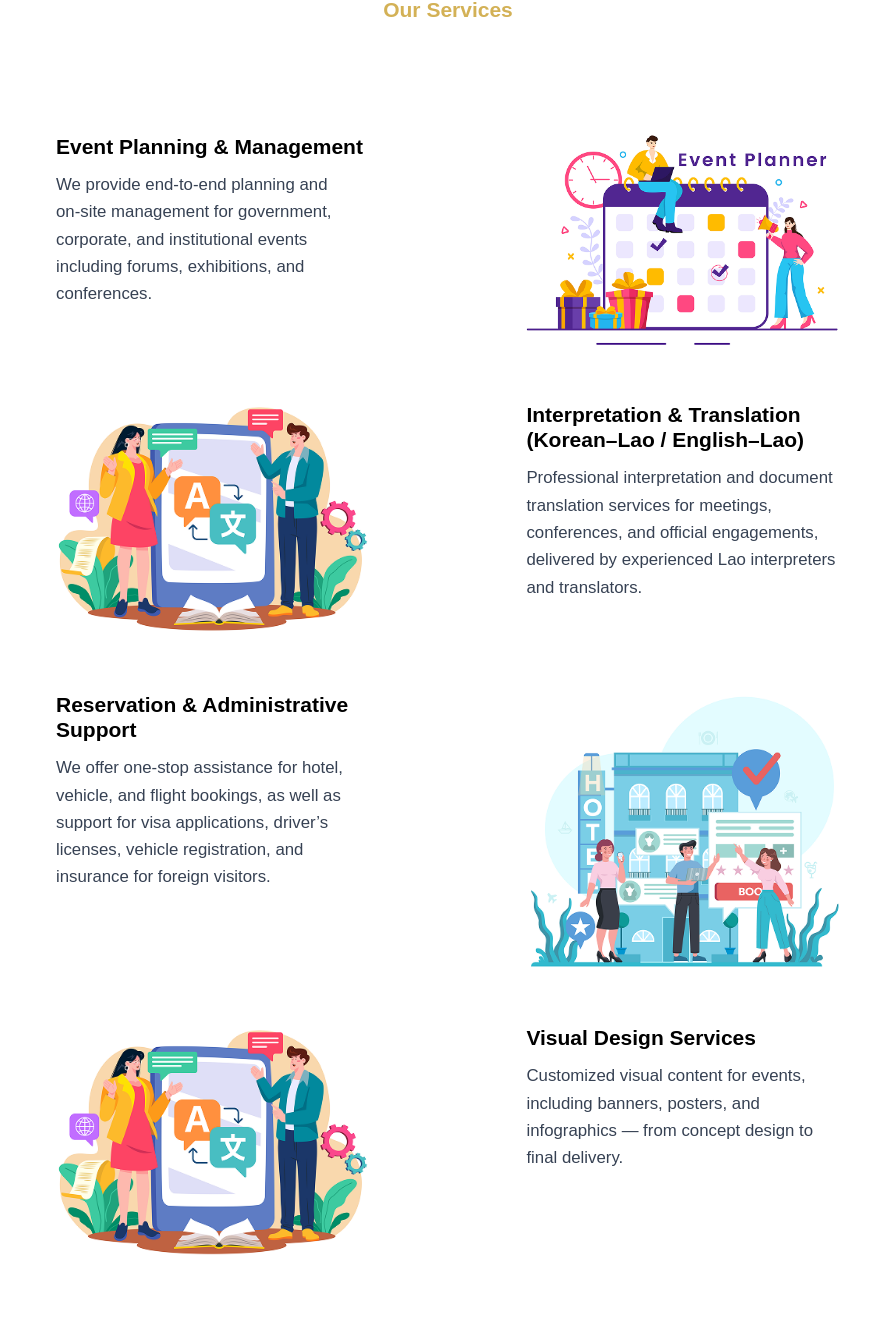
Repository: Phailin-teamplate/siri-service-web
Page: /
An editor plug-in stored every save of this project. The page is shown before and after the next save, followed by the edit.
The browser window is 1280 px wide. The pictures show the part of the page from y = 1501 to 3421 px (the page is 3421 px tall before and 3389 px after), at 70% of full size.
The project was rebuilt for these pictures with package versions that can differ from the ones it lists, and the page was loaded fresh each time. The framework's server and built-in components were replaced by stand-ins that run in the browser. Also part of the build but not shown: next.config.ts.

Above is the page before, as saved 2025-07-02 15:26:46.

After the next save:
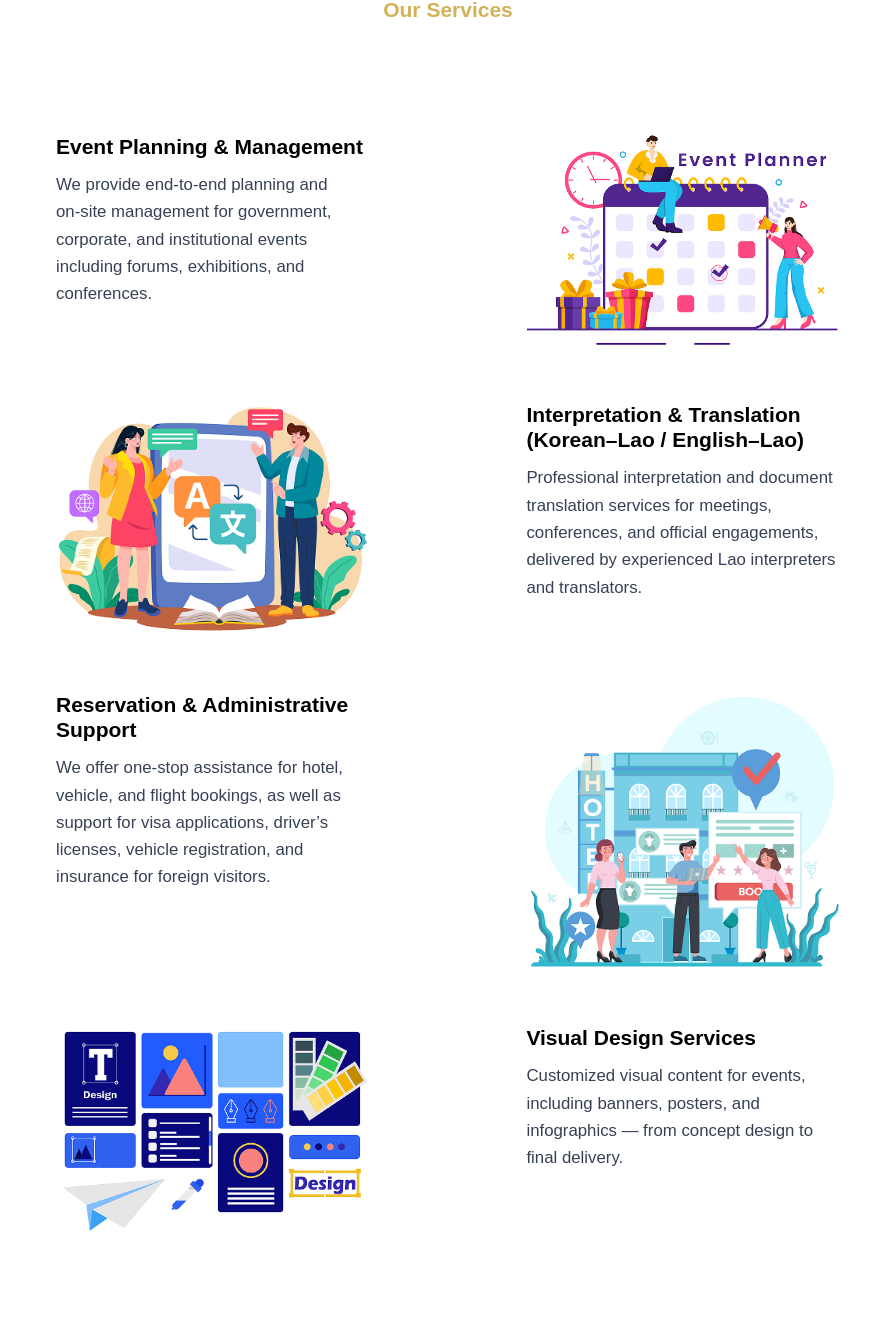
Saved 21 s later.
--- a/src/components/Service.tsx
+++ b/src/components/Service.tsx
@@ -5,6 +5,7 @@
 import Service1 from "@/public/service/service1.png";
 import Service2 from "@/public/service/service2.png";
 import Service3 from "@/public/service/service3.png";
+import Service4 from "@/public/service/service4.png";
 
 export const metadata: Metadata = {
   title: "Teamplate",
@@ -111,8 +112,8 @@
     {/* Image */}
     <div className="w-full md:w-1/2 max-w-md">
       <Image
-        src={Service2}
-        alt="Service2"
+        src={Service4}
+        alt="Service4"
         width={500}
         height={340}
         className="object-cover w-full h-auto rounded-xl"
